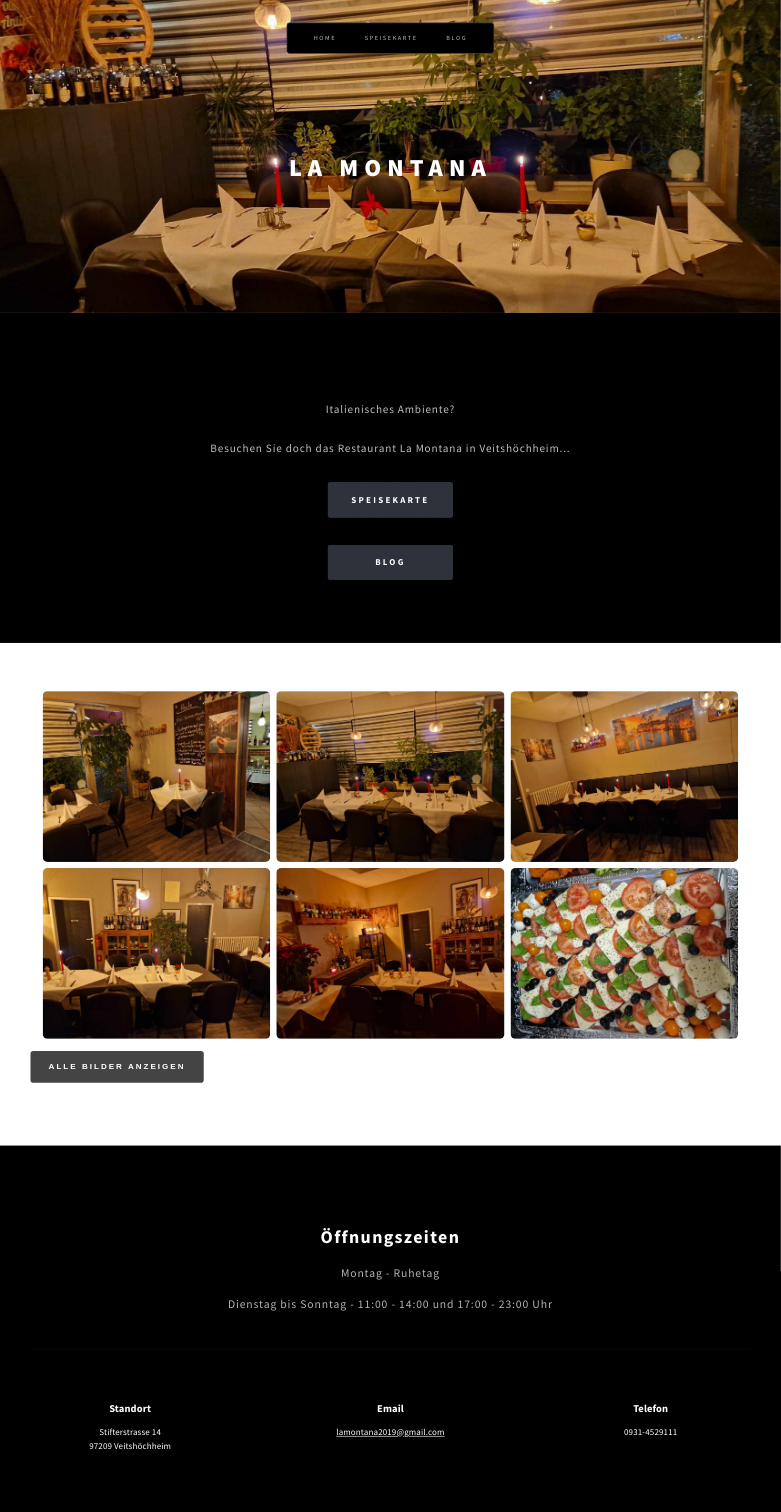
Repository: restaurantlamontana/restaurantlamontana.github.io
Page: index.html
An editor plug-in stored every save of this project. The page is shown before and after the next save, followed by the edit.
The browser window is 1280 px wide. The pictures show the whole page, at 61% of full size.

Above is the page before, as saved 2024-07-15 12:27:34.

### index.html
<!DOCTYPE html>
<html>
  <head>
    <title>La Montana</title>
    <meta charset="utf-8" />
    <meta
      name="viewport"
      content="width=device-width, initial-scale=1, user-scalable=no"
    />
    <link rel="stylesheet" href="assets/css/main.css" />
    <style>
      /* Additional CSS for hiding images */
      .image-grid img:nth-child(n + 7) {
        display: none;
      }
    </style>
  </head>
  <body class="homepage is-preload">
    <div id="page-wrapper">
      <!-- Header -->
      <section id="header" class="wrapper">
        <!-- Logo -->
        <div id="logo">
          <h1 style="font-size: 40px"><a href="index.html">La Montana</a></h1>
        </div>
        <!-- Nav -->
        <nav id="nav">
          <ul class="toplinks">
            <li class="current"><a href="index.html">Home</a></li>
            <li>
              <a href="assets/Speisekarte_Scan.pdf" target="_blank"
                >Speisekarte</a
              >
            </li>
            <li><a href="blog.html">Blog</a></li>
          </ul>
        </nav>
      </section>

      <!-- Intro -->
      <section id="intro" class="wrapper style1">
        <div class="container">
          <br /><br /><br /><br />
          <p class="style1">Italienisches Ambiente?</p>
          <br />
          <p class="style1">
            Besuchen Sie doch das Restaurant La Montana in Veitshöchheim...
          </p>
          <ul class="actions">
            <li>
              <a
                href="assets/Speisekarte_Scan.pdf"
                target="_blank"
                class="button style3 large"
                >Speisekarte</a
              >
            </li>
          </ul>
          <ul class="actions">
            <li><a href="blog.html" class="button style3 large">Blog</a></li>
          </ul>
        </div>
      </section>

      <!-- Image Grid -->
      <section class="wrapper">
        <div class="container">
          <div class="image-grid">
            <img src="images/IMG_3203.JPG" />
            <img src="images/IMG_3204.JPG" />
            <img src="images/IMG_3205.JPG" />
            <img src="images/IMG_3206.JPG" />
            <img src="images/IMG_3207.JPG" />
            <img src="images/IMG_3199.JPG" />
            <img src="images/IMG_3200.JPG" />
            <img src="images/IMG_3201.JPG" />
            <img src="images/IMG_3202.JPG" />
            <img src="images/IMG_3199.JPG" />
            <img src="images/IMG_3194.JPG" />
            <img src="images/IMG_3195.JPG" />
            <img src="images/IMG_3196.JPG" />
            <img src="images/IMG_3197.JPG" />
            <img src="images/IMG_3198.JPG" />
          </div>
          <button id="show-more-btn" style="color: white">
            Alle Bilder anzeigen
          </button>
        </div>
      </section>

      <!-- Footer -->
      <section id="footer" class="wrapper">
        <div class="container">
          <header class="style1">
            <h2>Öffnungszeiten</h2>
            <p>Montag - Ruhetag</p>
            <p>Dienstag bis Sonntag - 11:00 - 14:00 und 17:00 - 23:00 Uhr</p>
          </header>
        </div>
        <div class="flex-container">
          <div class="flex-item">
            <h3>Standort</h3>
            <p style="color: white">
              Stifterstrasse 14<br />
              97209 Veitshöchheim<br />
            </p>
          </div>
          <div class="flex-item">
            <h3>Email</h3>
            <p>
              <a href="mailto:lamontana2019@gmail.com"
                >lamontana2019@gmail.com</a
              >
            </p>
          </div>
          <div class="flex-item">
            <h3>Telefon</h3>
            <p style="color: white">0931-4529111</p>
          </div>
        </div>
      </section>
    </div>

    <script>
      document
        .getElementById("show-more-btn")
        .addEventListener("click", function () {
          const images = document.querySelectorAll(
            ".image-grid img:nth-child(n+7)"
          );
          const isHidden =
            images[0].style.display === "none" ||
            images[0].style.display === "";
          images.forEach((img) => {
            img.style.display = isHidden ? "block" : "none";
          });
          this.textContent = isHidden
            ? "Weniger Bilder anzeigen"
            : "Alle Bilder anzeigen";
        });
    </script>
  </body>
</html>

Loaded but not shown: assets/css/fontawesome-all.min.css (library); assets/css/main.css (3122 lines, source omitted)

After the next save:
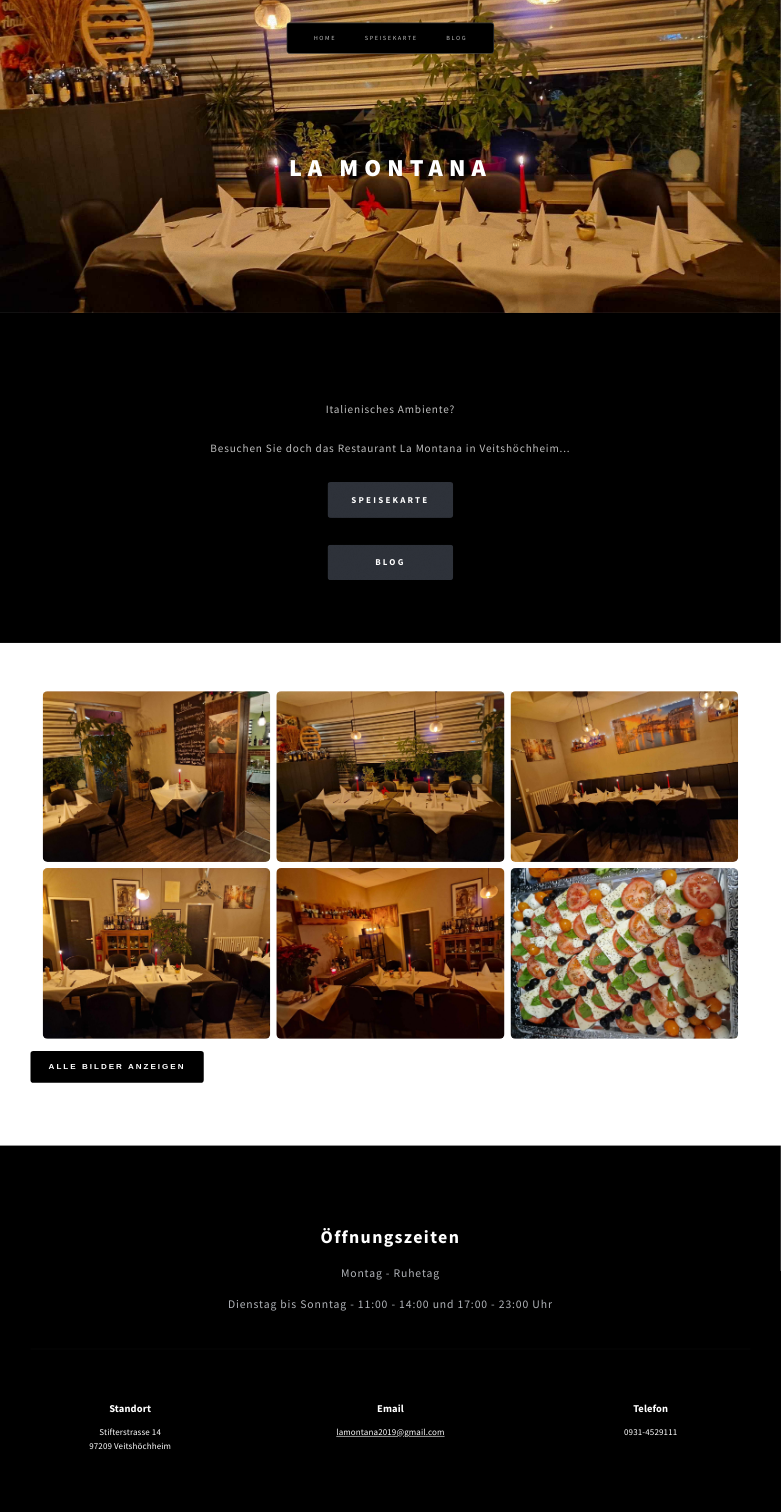
Saved 6 s later.
--- a/index.html
+++ b/index.html
@@ -82,7 +82,10 @@
             <img src="images/IMG_3197.JPG" />
             <img src="images/IMG_3198.JPG" />
           </div>
-          <button id="show-more-btn" style="color: white">
+          <button
+            id="show-more-btn"
+            style="color: white; background-color: black"
+          >
             Alle Bilder anzeigen
           </button>
         </div>
